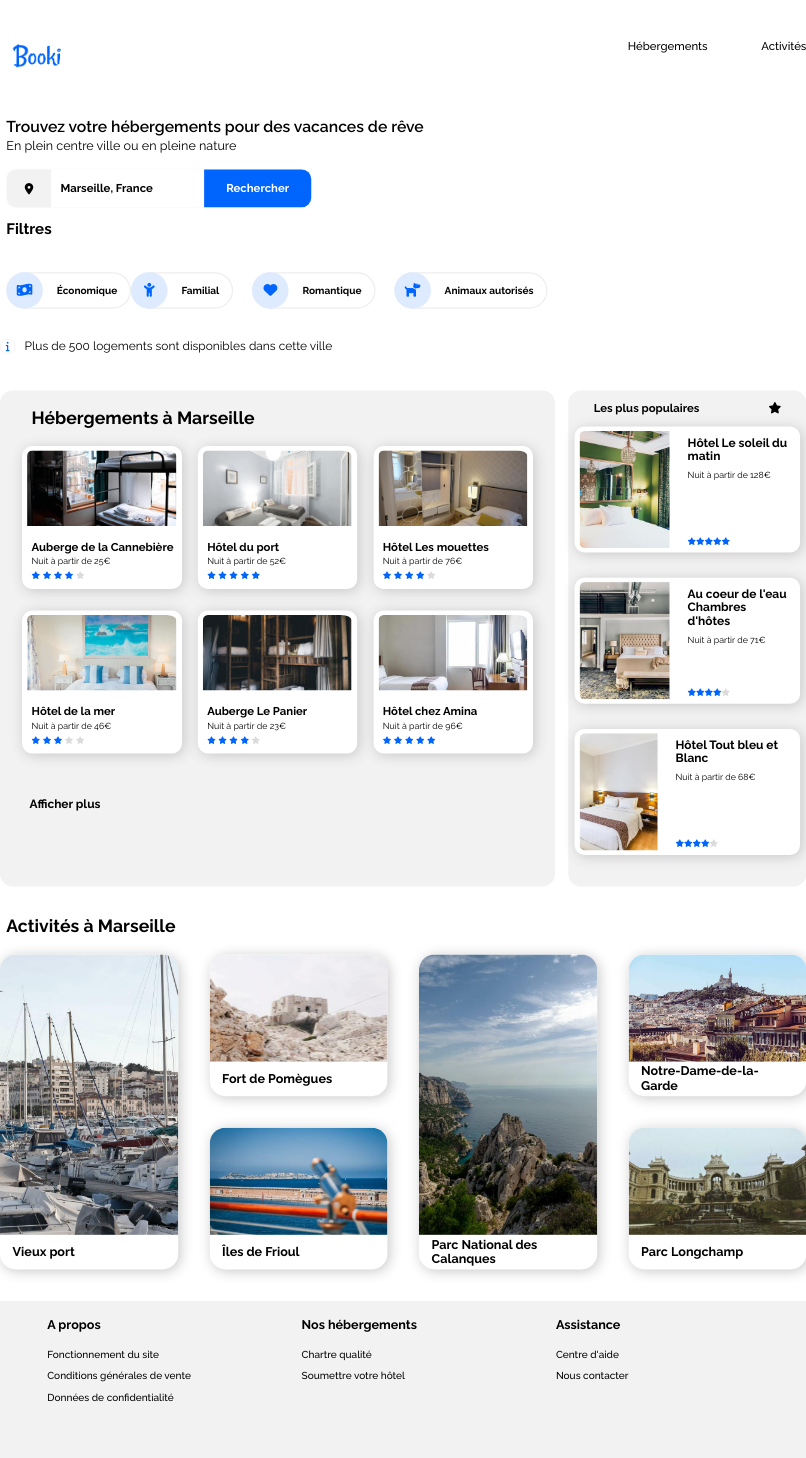
Repository: leandroBarbosaFR/booki
Page: index.html
These files come from the project's save history. The page is drawn as it stood at one moment and after the next save; the edit follows.
The browser window is 1280 px wide. The pictures show the whole page, at 63% of full size.

Above is the page before, as saved 2022-07-22 16:09:25.

After the next save:
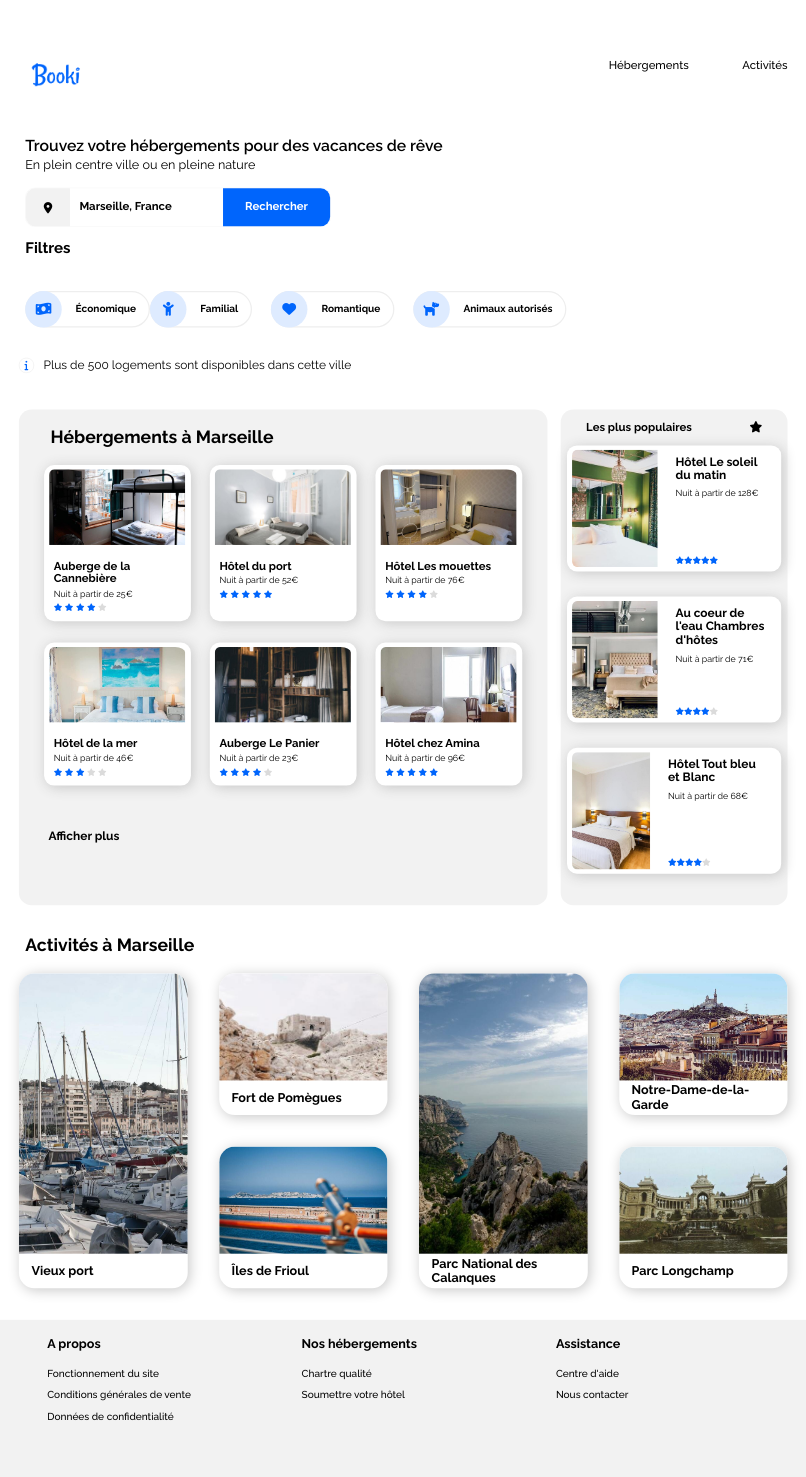
Saved 13 s later.
--- a/css/style.css
+++ b/css/style.css
@@ -586,9 +586,9 @@ body {
 }
 
 @media screen and (min-width: 992px) and (max-width: 1472px) {
-  /* .body {
+  .body {
       margin: 30px;
-  } */
+  }
   .bordures {
       gap: 21px;
   }
